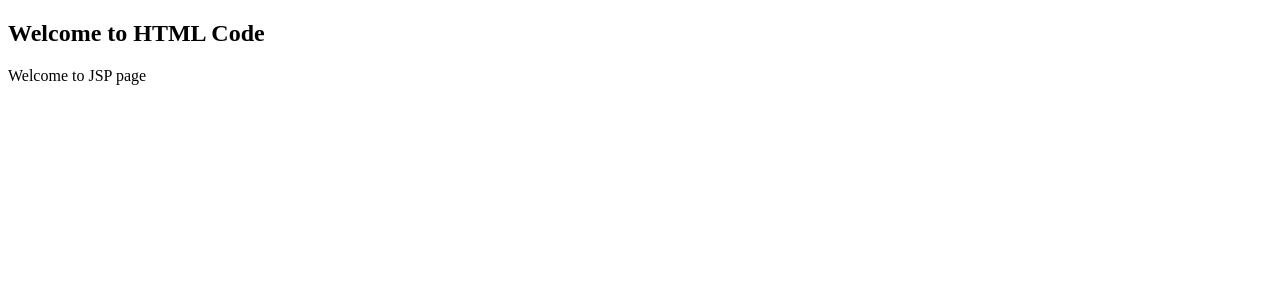
Repository: nirbit005/secundarabadspringtraining
Page: http://localhost/JSPDemo/demo.jsp
An editor plug-in stored every save of this project. The page is shown before and after the next save, followed by the edit.
The browser window is 1280 px wide. The pictures show the whole page.
The page is served by Tomcat 9.

Above is the page before, as saved 2019-08-27 06:44:37.

After the next save:
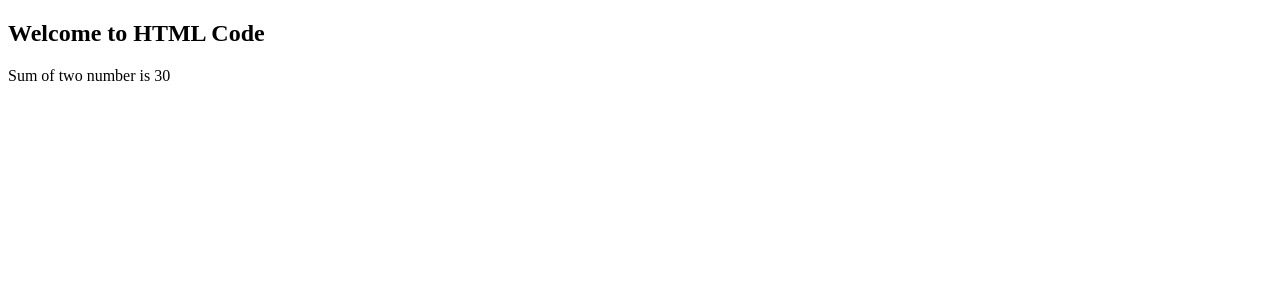
Saved 2 min 2 s later.
--- a/Workspace/JSPDemo/WebContent/demo.jsp
+++ b/Workspace/JSPDemo/WebContent/demo.jsp
@@ -9,7 +9,10 @@
 <body>
 <h2>Welcome to HTML Code</h2>
 <%
-out.println("Welcome to JSP page");
+int a=10;
+int b=20;
+int sum = a+b;
+out.println("Sum of two number is "+sum);
 %>
 </body>
 </html>
